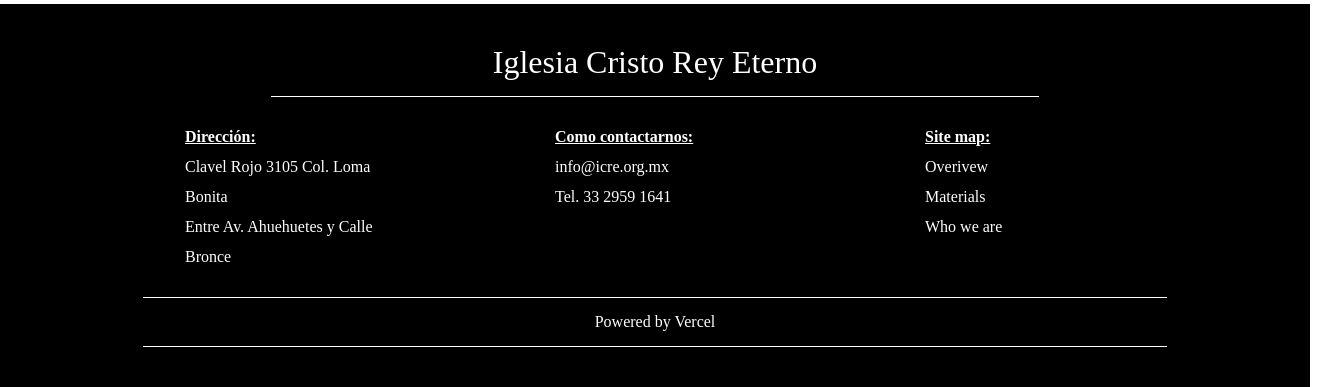
Repository: programmer686/Third-times-a-charm
Page: /About
An editor plug-in stored every save of this project. The page is shown before and after the next save, followed by the edit.
The browser window is 1280 px wide. The page is 1340 px wide, so the pictures cover 1340 px, including what lies to the right of the window. The pictures show the part of the page from y = 546 to 1131 px (the page is 933 px tall before and 1131 px after).
The project was rebuilt for these pictures with package versions that can differ from the ones it lists, and the page was loaded fresh each time. The framework's server and built-in components were replaced by stand-ins that run in the browser. Also part of the build but not shown: next.config.js.

Above is the page before, as saved 2023-04-23 20:15:08.

After the next save:
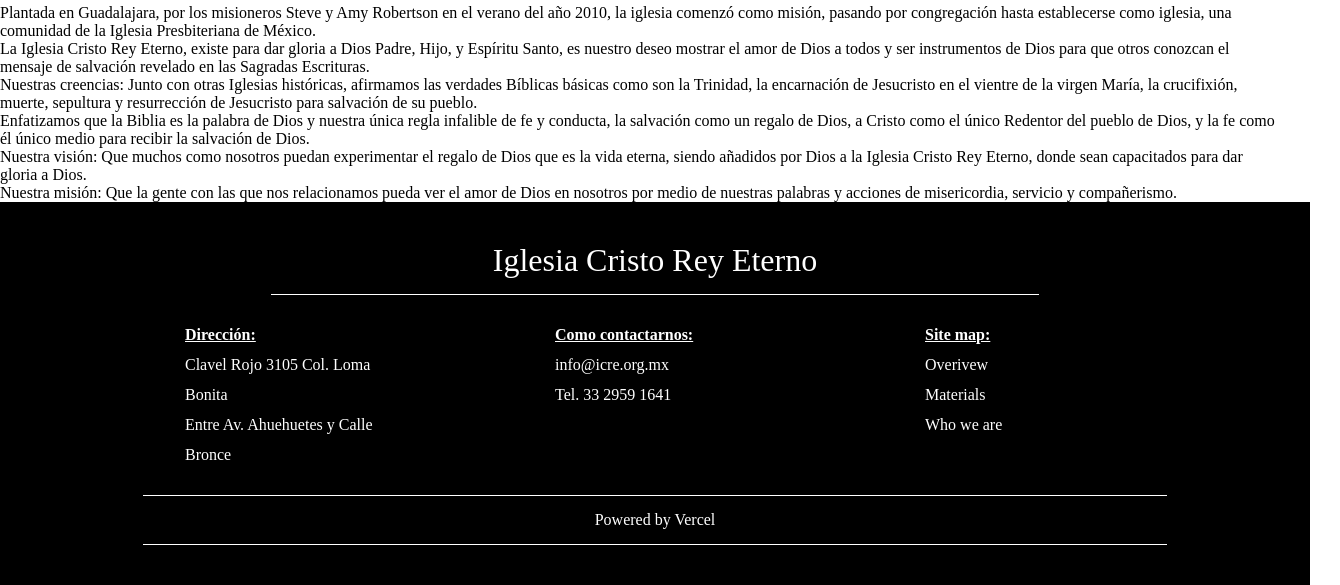
Saved 86 s later.
--- a/src/pages/About.tsx
+++ b/src/pages/About.tsx
@@ -4,8 +4,25 @@ import { Inter } from 'next/font/google'
 
 export default function About() {
   return (
-    <main className="text-align: center">
+    <main>
       <iframe width="900" height="430" src="https://www.youtube.com/embed/nHbjY5i7Fao" title="YouTube video player" allow="accelerometer; autoplay; clipboard-write; encrypted-media; gyroscope; picture-in-picture; web-share"></iframe>
+      <p>
+
+      Plantada en Guadalajara, por los misioneros Steve y Amy Robertson en el verano del año 2010, la iglesia comenzó como misión, pasando por congregación hasta establecerse como iglesia, una comunidad de la Iglesia Presbiteriana de México.
+      <br/>
+      La Iglesia Cristo Rey Eterno, existe para dar gloria a Dios Padre, Hijo, y Espíritu Santo, es nuestro deseo mostrar el amor de Dios a todos y ser instrumentos de Dios para que otros conozcan el mensaje de salvación revelado en las Sagradas Escrituras.
+      <br/>
+      Nuestras creencias:
+      Junto con otras Iglesias históricas, afirmamos las verdades Bíblicas básicas como son la Trinidad, la encarnación de Jesucristo en el vientre de la virgen María, la crucifixión, muerte, sepultura y resurrección de Jesucristo para salvación de su pueblo.
+      <br/>
+      Enfatizamos que la Biblia es la palabra de Dios y nuestra única regla infalible de fe y conducta, la salvación como un regalo de Dios, a Cristo como el único Redentor del pueblo de Dios, y la fe como él único medio para recibir la salvación de Dios.
+      <br/>
+      Nuestra visión:
+      Que muchos como nosotros puedan experimentar el regalo de Dios que es la vida eterna, siendo añadidos por Dios a la Iglesia Cristo Rey Eterno, donde sean   capacitados para dar gloria a Dios.
+      <br/>
+      Nuestra misión:
+      Que la gente con las que nos relacionamos pueda ver el amor de Dios en nosotros por medio de nuestras palabras y acciones de misericordia, servicio y compañerismo.
+      </p>
     </main>
   )
 }
